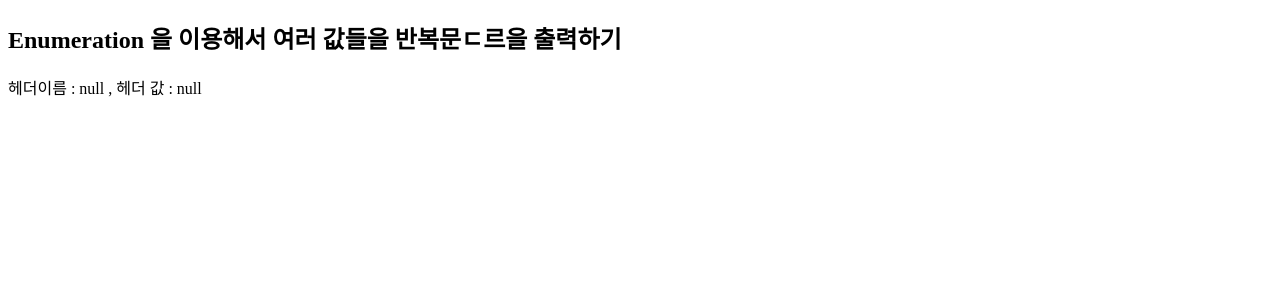
Repository: hodob/JSP_Practice
Page: http://localhost/JSP_WebMarket_JJH/ch05_ex/ex1_1.jsp
The author's editor kept a copy of each file at every save. The page is drawn from the files as they stood at one save, then again after the next save.
The browser window is 1280 px wide. The pictures show the whole page.
The page is served by Tomcat 9.

Above is the page before, as saved 2022-08-10 02:15:05.

After the next save:
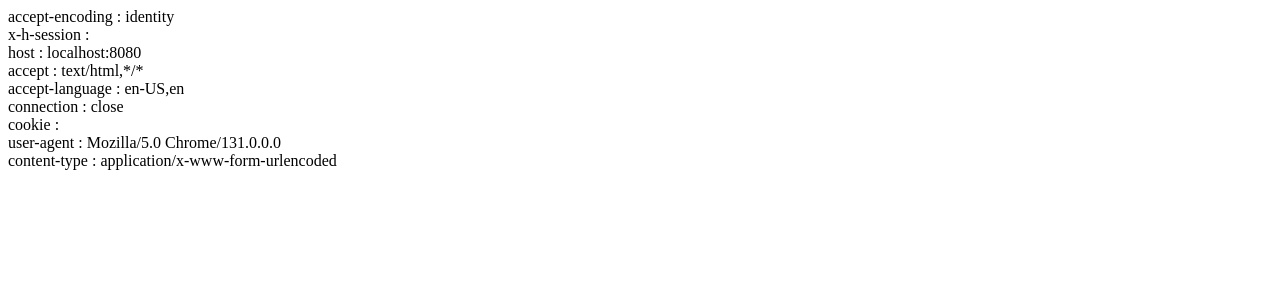
Saved 76 s later.
--- a/JSP_WebMarket_JJH/WebContent/ch05_ex/ex1_1.jsp
+++ b/JSP_WebMarket_JJH/WebContent/ch05_ex/ex1_1.jsp
@@ -1,29 +1,21 @@
 <%@page import="java.util.Enumeration"%>
 <%@ page language="java" contentType="text/html; charset=UTF-8"
     pageEncoding="UTF-8"%>
-<!DOCTYPE html>
+
 <html>
 <head>
-<meta charset="UTF-8">
-<title>Insert title here</title>
+<title>Implicit Objects</title>
 </head>
 <body>
-
-
-<%! String headerName;
-String headerValue;%>
-
-
-<h2> Enumeration 을 이용해서 여러 값들을 반복문ㄷ르을 출력하기 </h2>
-<%
-Enumeration en =request.getHeaderNames();
-while(en.hasMoreElements()){
-	String headerName = (String)en.nextElement(); //nextEl -- 원소를 가져오는 것을 의미한다.
-	String headerValue = (String)request.getHeader(headerName);  //키값으로 value 값 저장
-}
-%>
-헤더이름 : <%= headerName %> , 헤더 값 : <%= headerValue %> <br>
-
-
+	<%
+		Enumeration en = request.getHeaderNames();
+		while (en.hasMoreElements()) {
+			String headerName = (String) en.nextElement();
+			String headerValue = request.getHeader(headerName);
+	%>
+	<%=headerName%> : <%=headerValue%><br>
+	<%
+		}
+	%>
 </body>
 </html>
